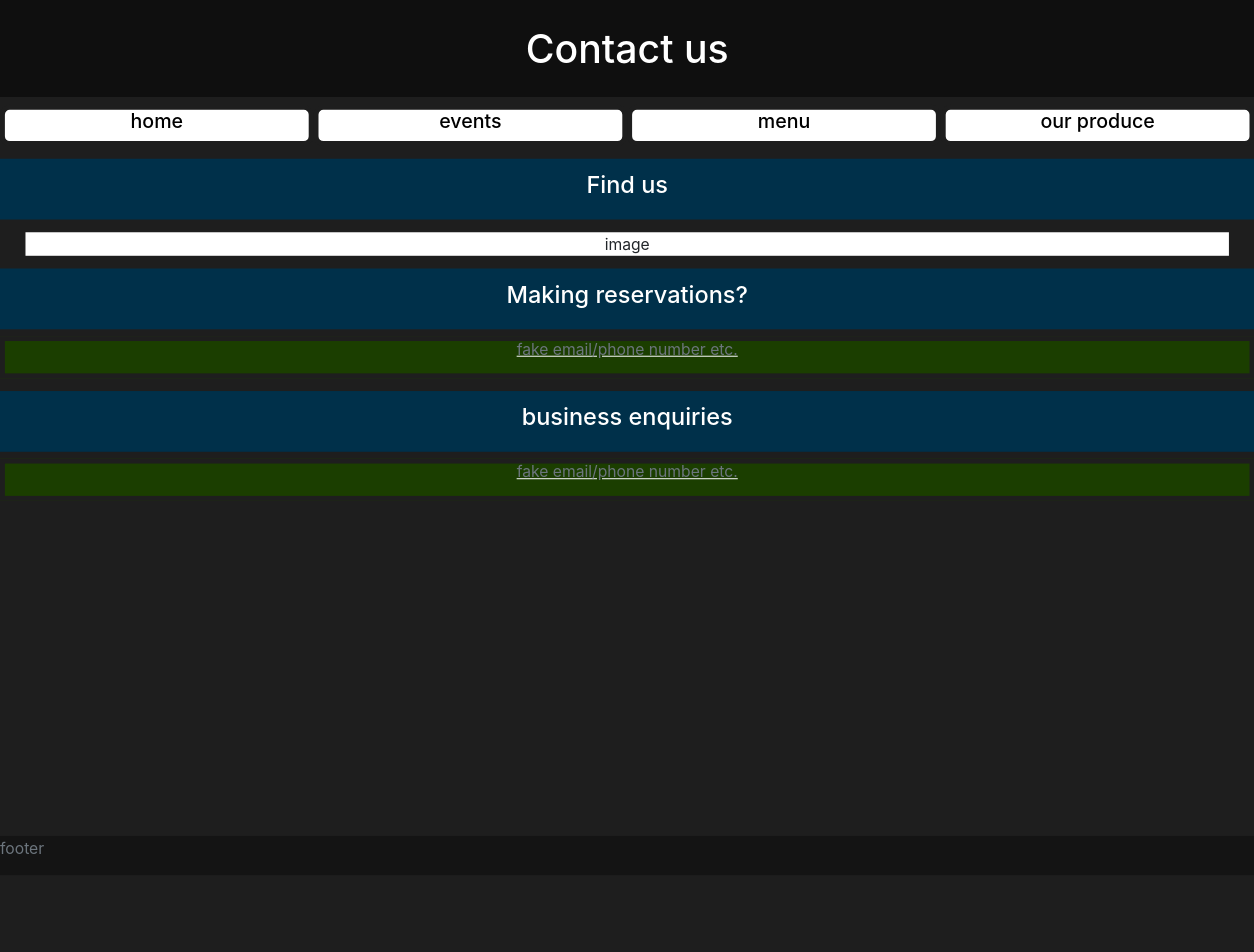
Repository: Code-Institute-Submissions/JamesLStudent-Milestone_One
Page: contacts.html
The author's editor kept a record of every edit. The page is drawn from the files as they stood at one moment, then again after the next edit.
The browser window is 1280 px wide. The pictures show the whole page, at 98% of full size.

Above is the page before.
Console error: TypeError: Cannot read properties of undefined (reading 'fn')

After the next edit:
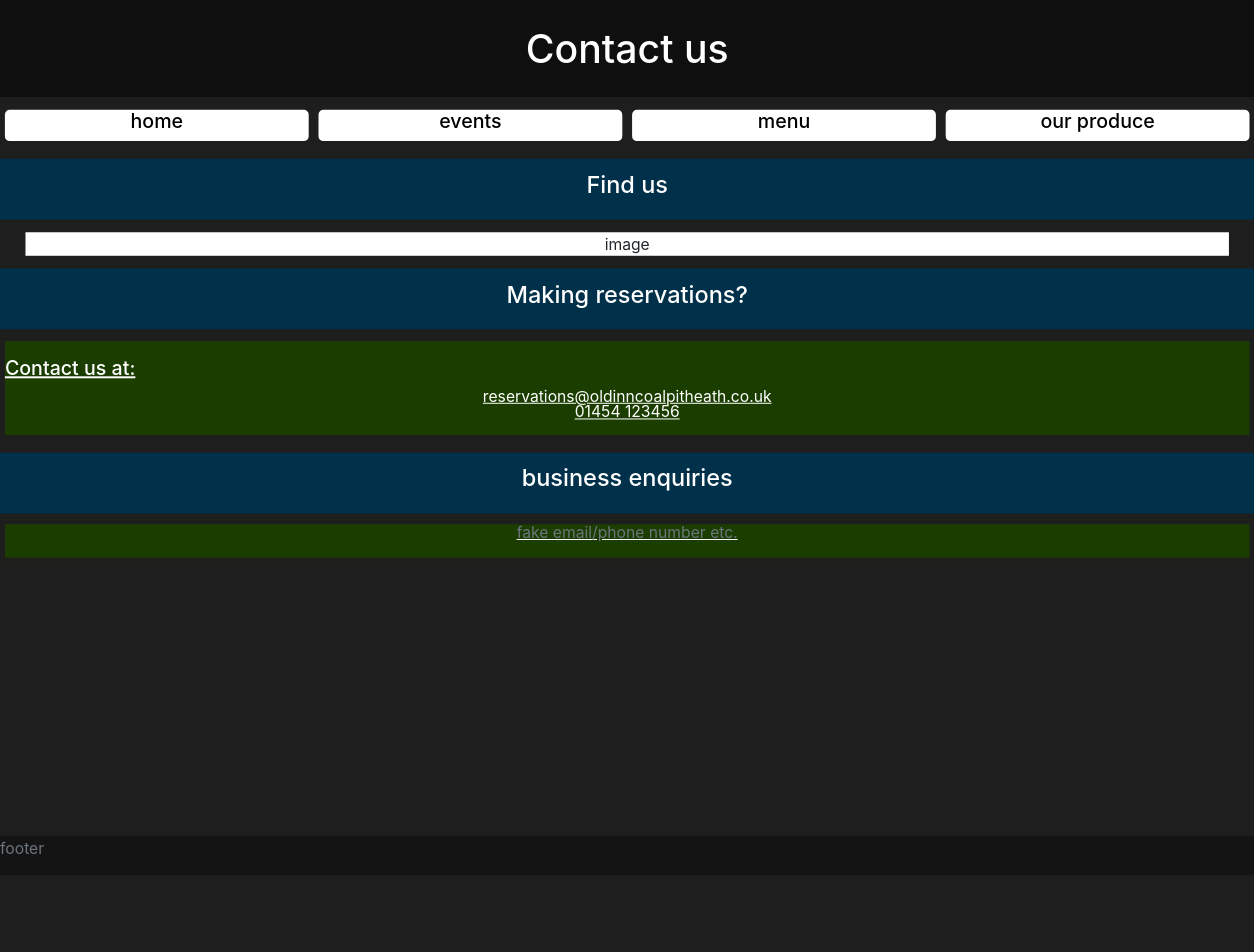
The edit:
--- a/contacts.html
+++ b/contacts.html
@@ -44,7 +44,11 @@
             <h4>Making reservations?</h4>
         </div>
         <div class="sub-box">
-            <p class="text-muted">fake email/phone number etc.</p>
+            <p class="text-muted">
+                <h5 class="left-align">Contact us at:</h5>
+                reservations@oldinncoalpitheath.co.uk</br>
+                01454 123456
+            </p>
         </div>
         <div class="subtitle">
             <h4>business enquiries</h4>
